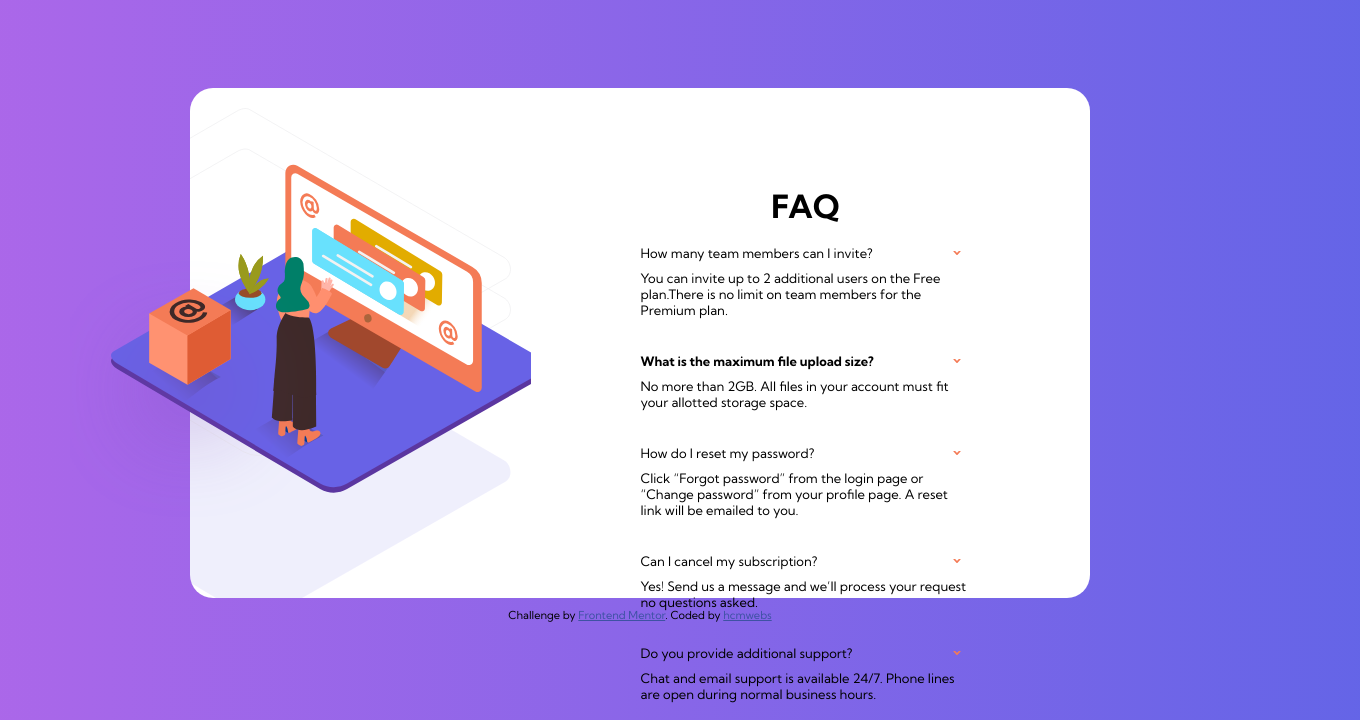
Repository: Hcmwebs/faq-accordion-card
Page: index.html
An editor plug-in stored every save of this project. The page is shown before and after the next save, followed by the edit.
The browser window is 1280 px wide. The page is 1360 px wide, so the pictures cover 1360 px, including what lies to the right of the window. The pictures show the whole page.
The style sheet was rebuilt from its Sass, Less or Tailwind sources for each picture, by a compiler version that may differ from the author's.

Above is the page before, as saved 2020-11-09 14:01:23.

After the next save:
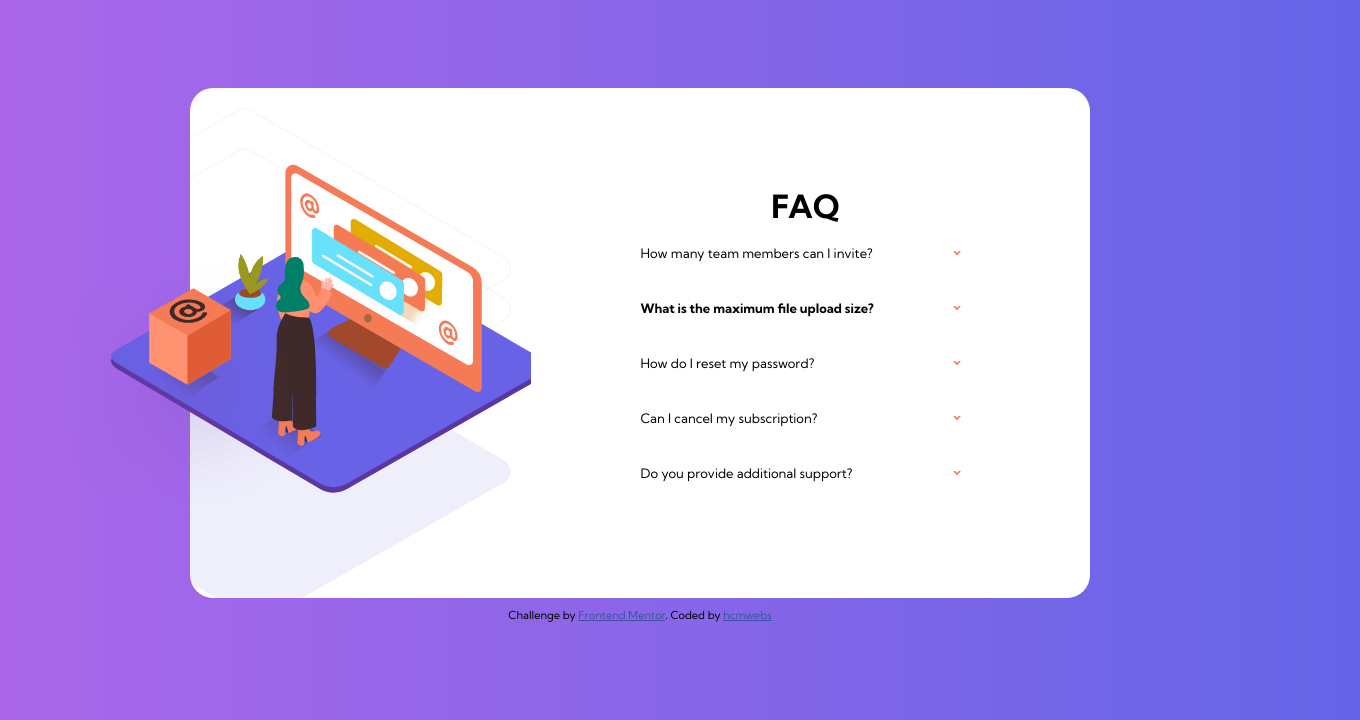
Saved 110 s later.
--- a/scss/main.scss
+++ b/scss/main.scss
@@ -183,7 +183,8 @@ font-weight: $font-light;
   }
 }
 
-.open.d-N {
+
+.d-N {
   display:none;
 }
 
